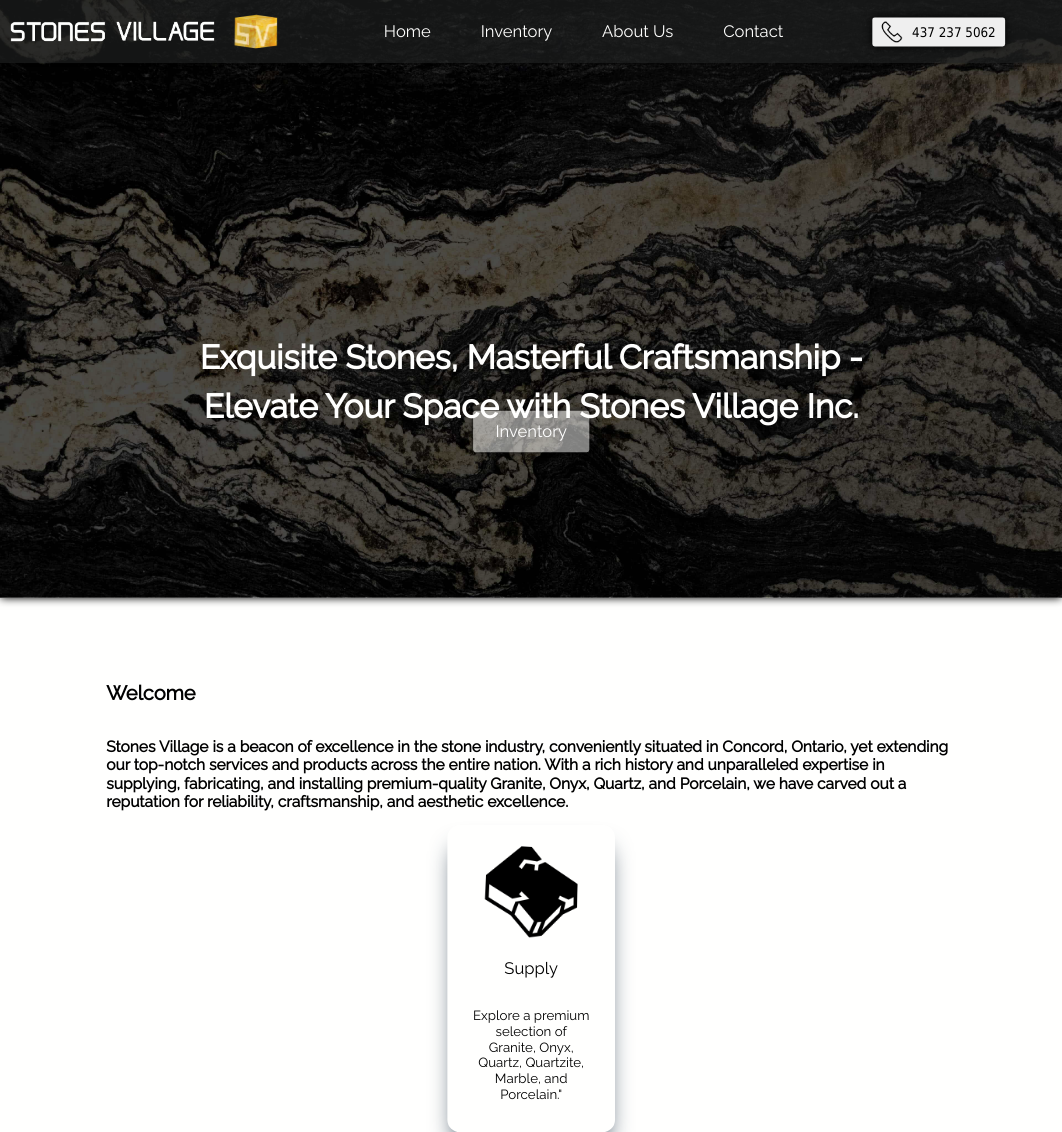
Repository: shayanabedi98/Stones-Village
Page: index.html
These files come from the project's save history. The page is drawn as it stood at one moment and after the next save; the edit follows.
The browser window is 1280 px wide. The pictures show the whole page, at 83% of full size.
Backgrounds fixed to the window are drawn as part of the page.

Above is the page before, as saved 2023-10-22 16:38:20.

After the next save:
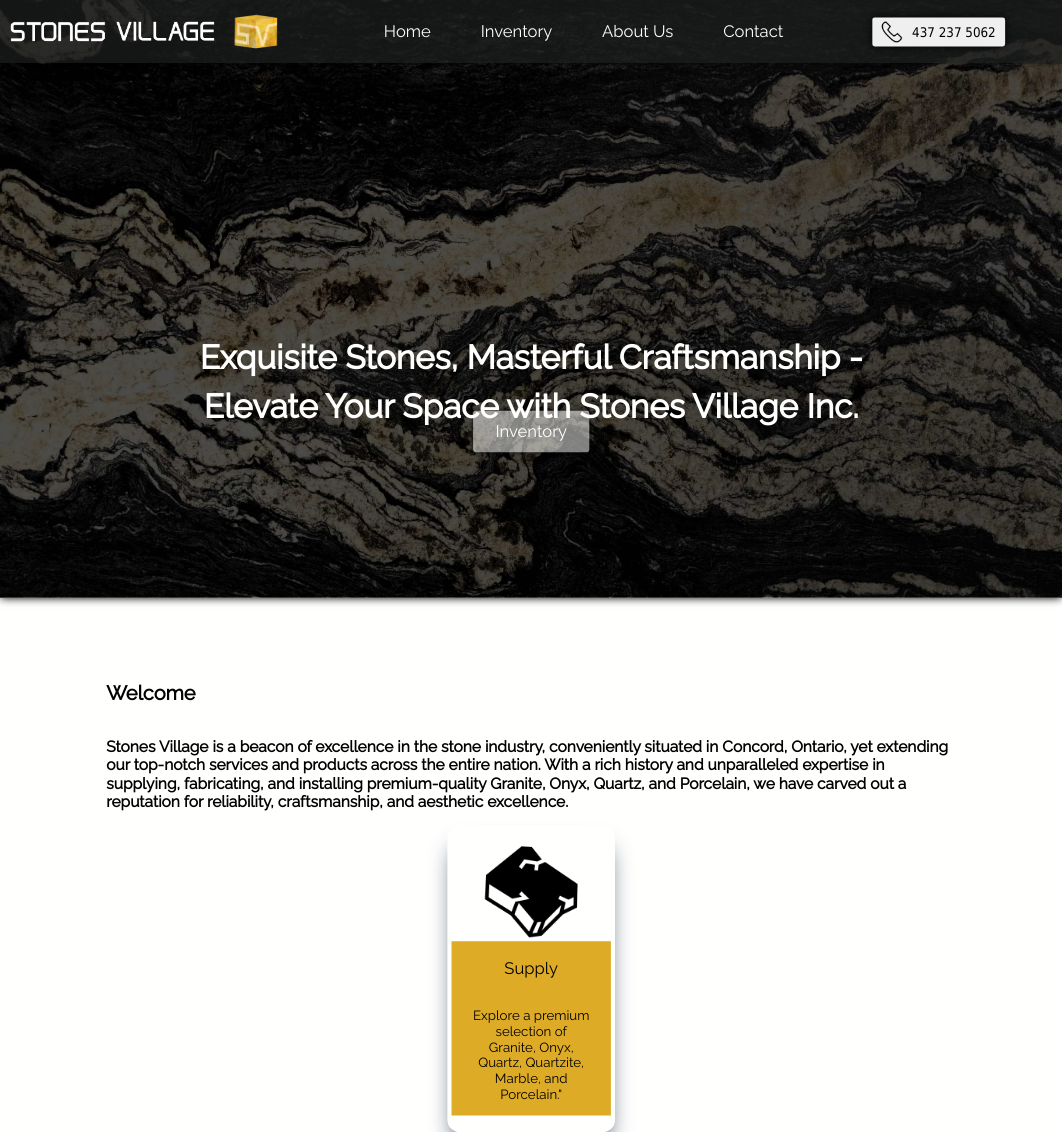
Saved 26 s later.
--- a/styles.css
+++ b/styles.css
@@ -184,6 +184,7 @@
     display: grid;
     text-align: center;
     justify-items: center;
+    background-color: #DEAB27;
 }
 
 .card-name {

After the save that followed:
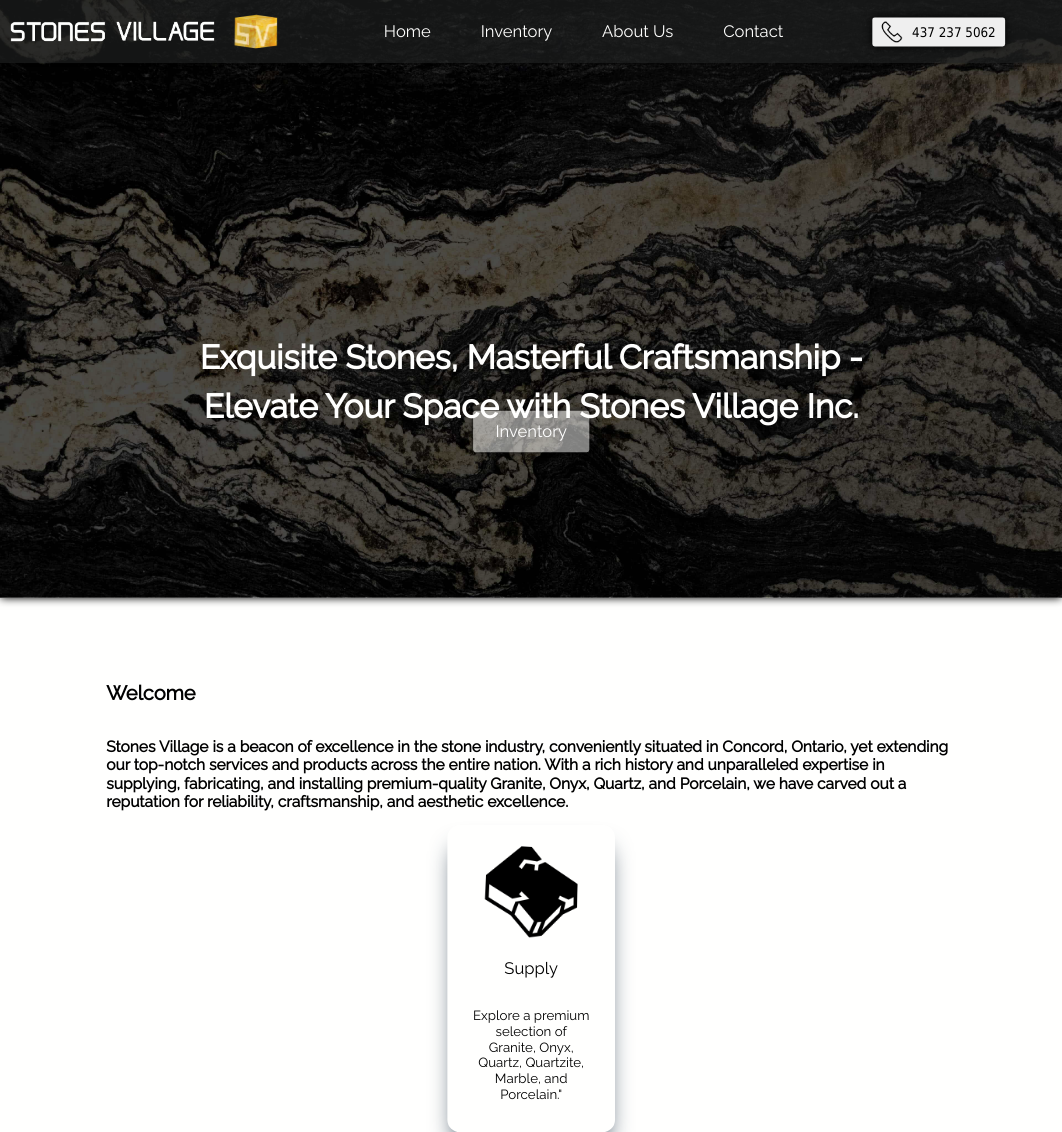
Saved 22 s later.
--- a/styles.css
+++ b/styles.css
@@ -184,7 +184,6 @@
     display: grid;
     text-align: center;
     justify-items: center;
-    background-color: #DEAB27;
 }
 
 .card-name {
